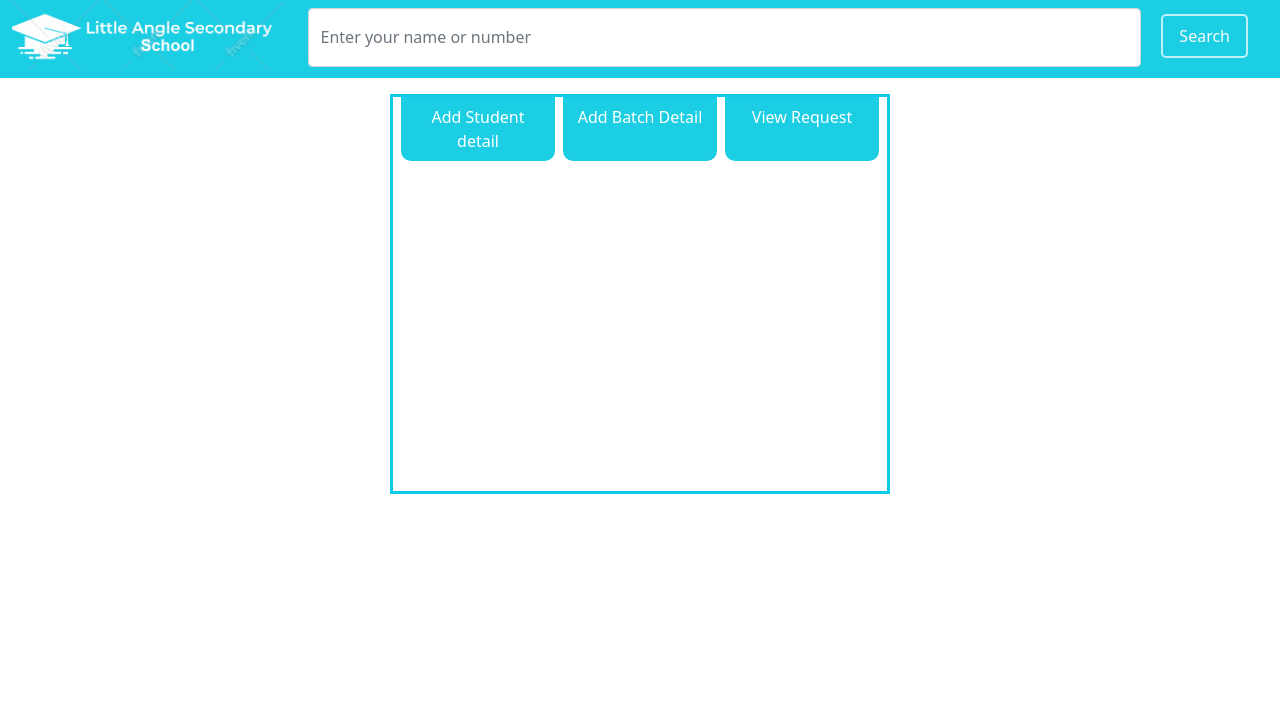
Repository: Sjuicyy/School-Project
Page: home2.html
The author's editor kept a copy of each file at every save. The page is drawn from the files as they stood at one save, then again after the next save.
The browser window is 1280 px wide. The pictures show the whole page.

Above is the page before, as saved 2022-09-18 09:24:09.

After the next save:
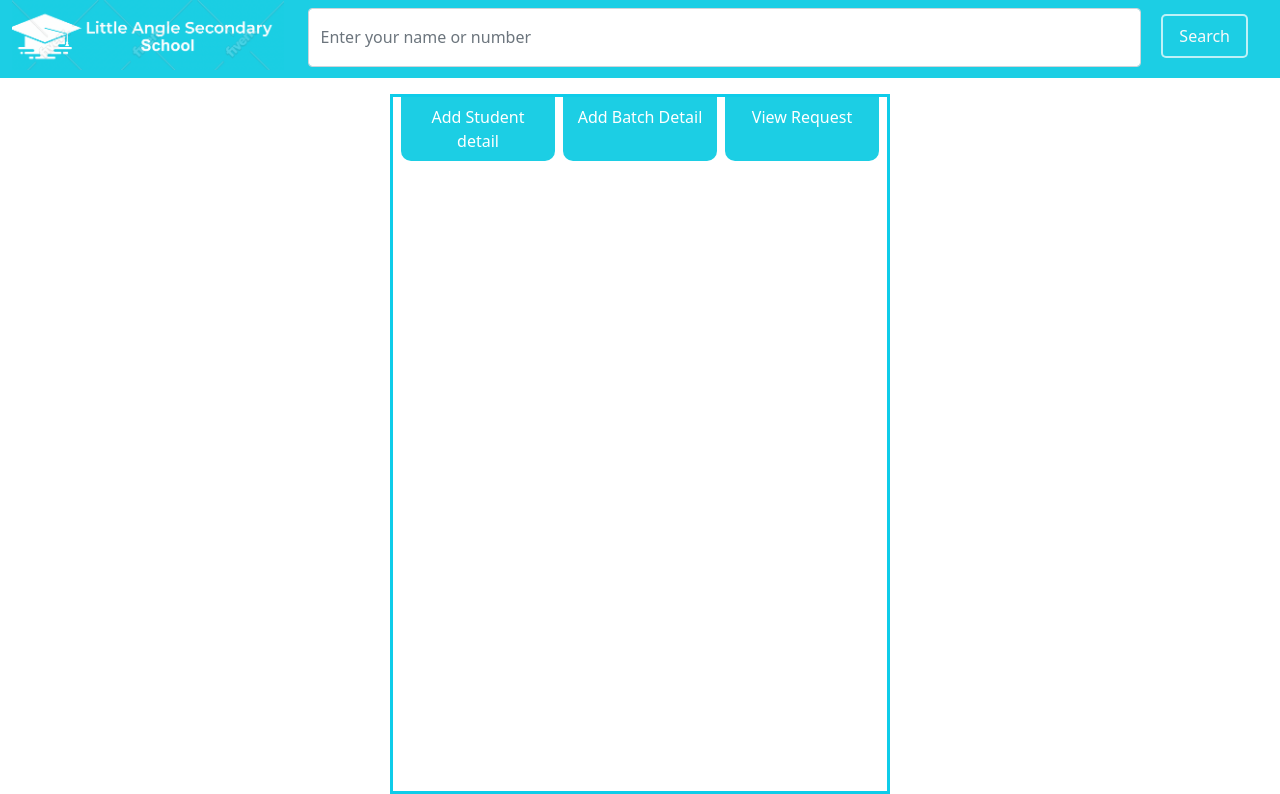
Saved 9 s later.
--- a/home2.html
+++ b/home2.html
@@ -59,7 +59,7 @@
             border: 3px solid rgb(14, 204, 233);
             margin: auto;
             width: 500px;
-            min-height: 400px;
+            min-height: 700px;
         }
 
         .addbtn:hover {
